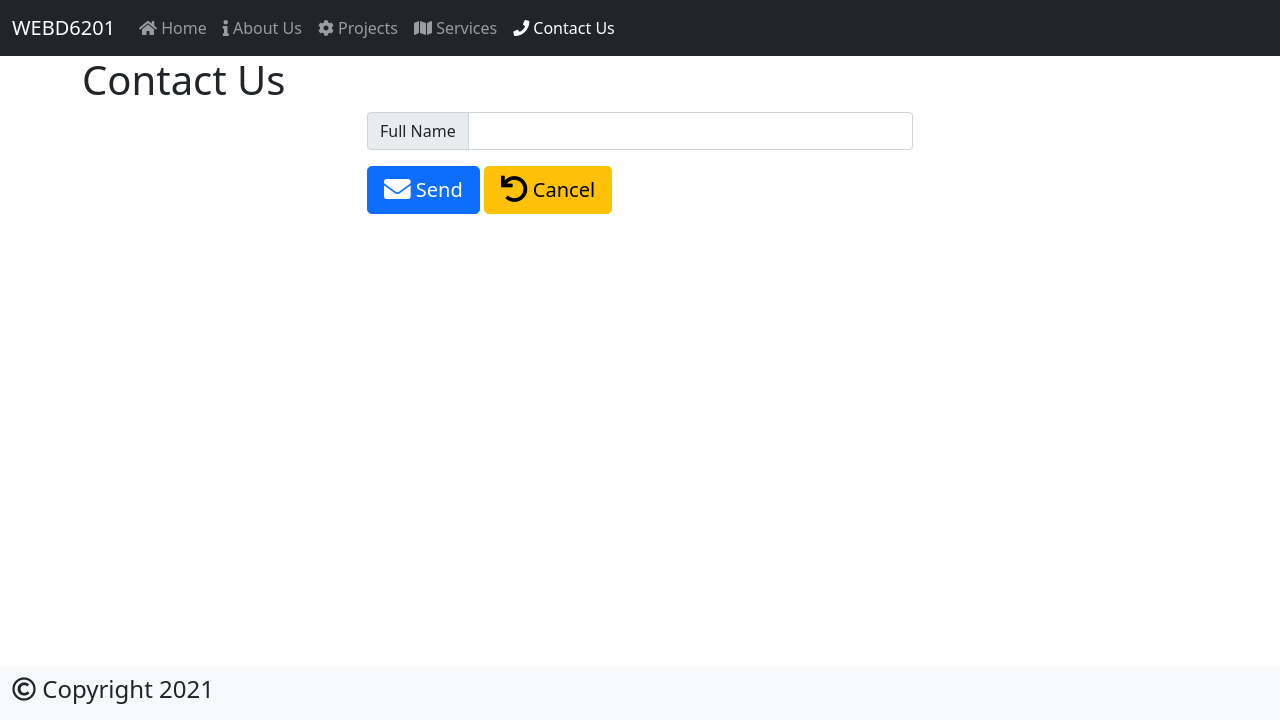
Repository: spencernewellevans/WEBD6201-ICE01
Page: contact.html
These files come from the project's save history. The page is drawn as it stood at one moment and after the next save; the edit follows.
The browser window is 1280 px wide. The pictures show the whole page.

Above is the page before, as saved 2021-01-22 19:42:57.

After the next save:
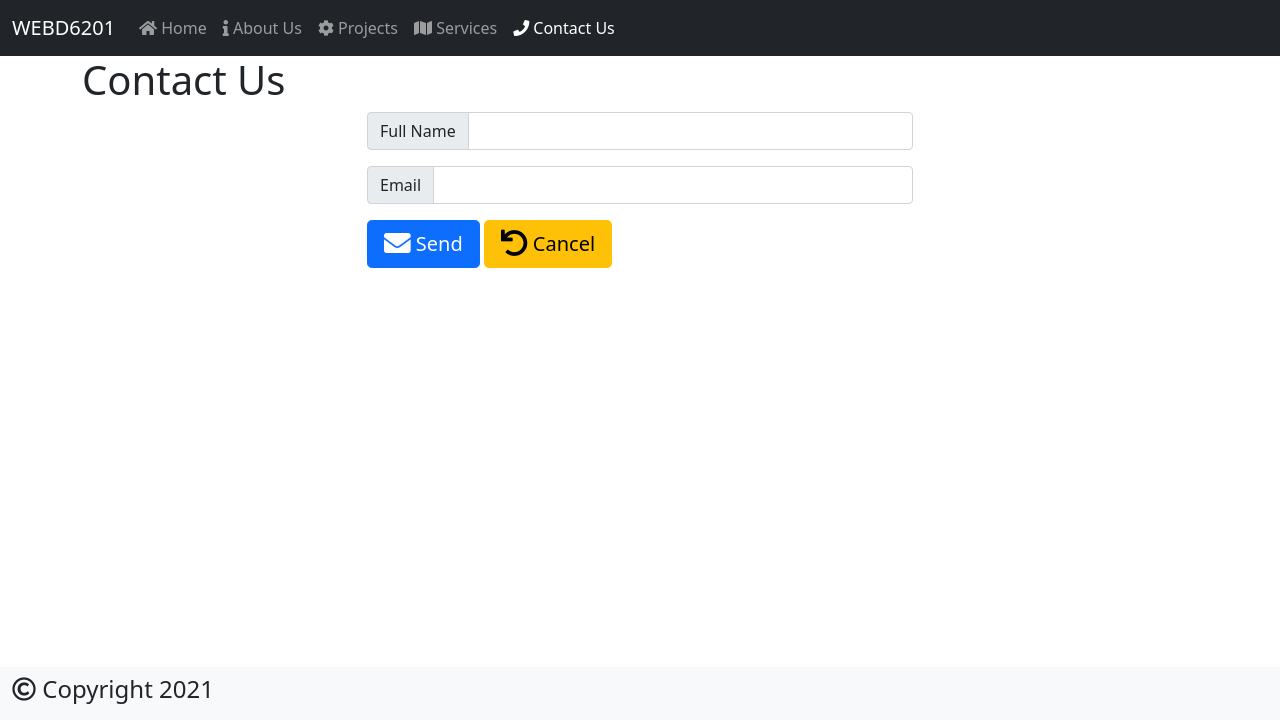
Saved 87 s later.
--- a/contact.html
+++ b/contact.html
@@ -58,6 +58,11 @@
               <input id="fullName" type="text" class="form-control" aria-label="Full name" aria-describedby="Full Name input" name="fullName" required>
             </div>
 
+            <div class="input-group mb-3">
+              <span class="input-group-text" id="inputGroup-sizing-default">Email</span>
+              <input id="emailAddress" type="email" class="form-control" aria-label="Email Address" aria-describedby="Email Address input" name="fullName" required>
+            </div>
+
             <button type="submit" class="btn btn-primary btn-lg"><i class="fas fa-envelope fa-lg"></i> Send</button>
             <button type="reset" class="btn btn-warning btn-lg"><i class="fas fa-undo fa-lg"></i> Cancel</button>
           </form>
